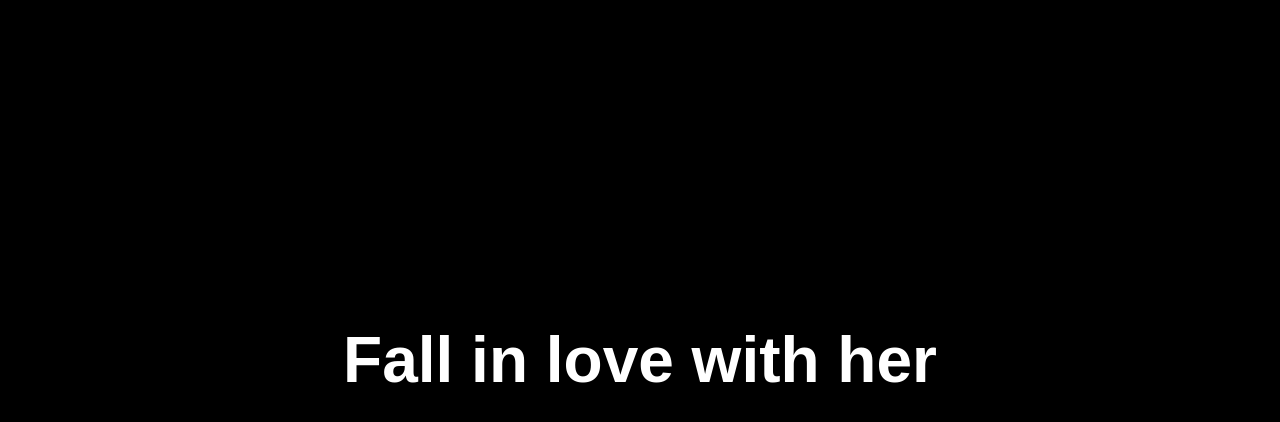
Repository: triumph-star/CSS-practice
Page: One CSS per day/broken/index.html
These files come from the project's save history. The page is drawn as it stood at one moment and after a run of saves; the edit follows.
The browser window is 1280 px wide. The pictures show the whole page.
Some web fonts or font styles are not loaded; a fallback is used.

Above is the page before, as saved 2020-11-13 16:00:39.

After the next 5 saves:
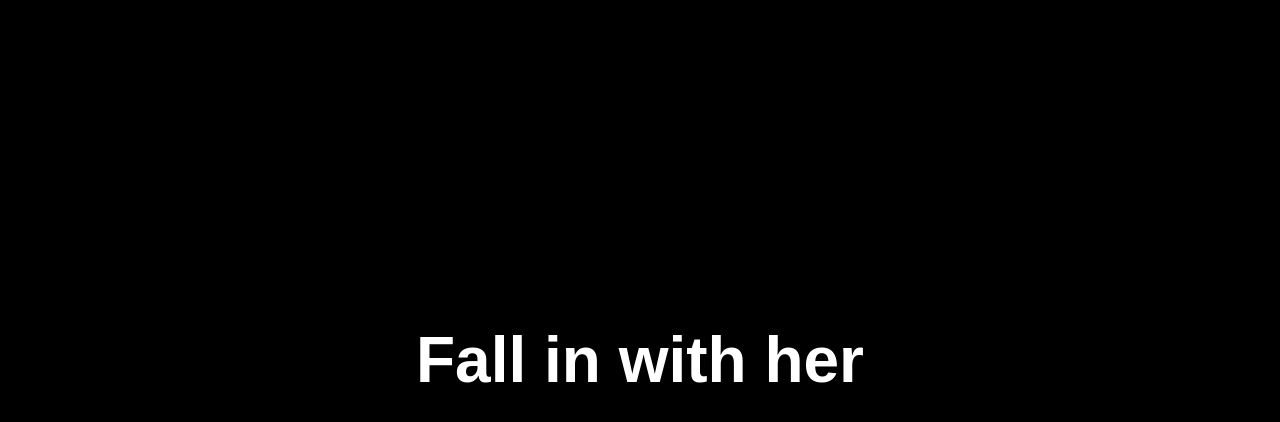
The 5 saves are shown as one change because they came seconds apart.
The last was saved 70 s later.
--- a/One CSS per day/broken/index.html
+++ b/One CSS per day/broken/index.html
@@ -7,6 +7,6 @@
   <link rel="stylesheet" href="./css.css"></link>
 </head>
 <body>
-  <h2><span>F</span>all in love with her</h2>
+  <h2><span>F</span>all in <span></span> with her</h2>
 </body>
 </html>
